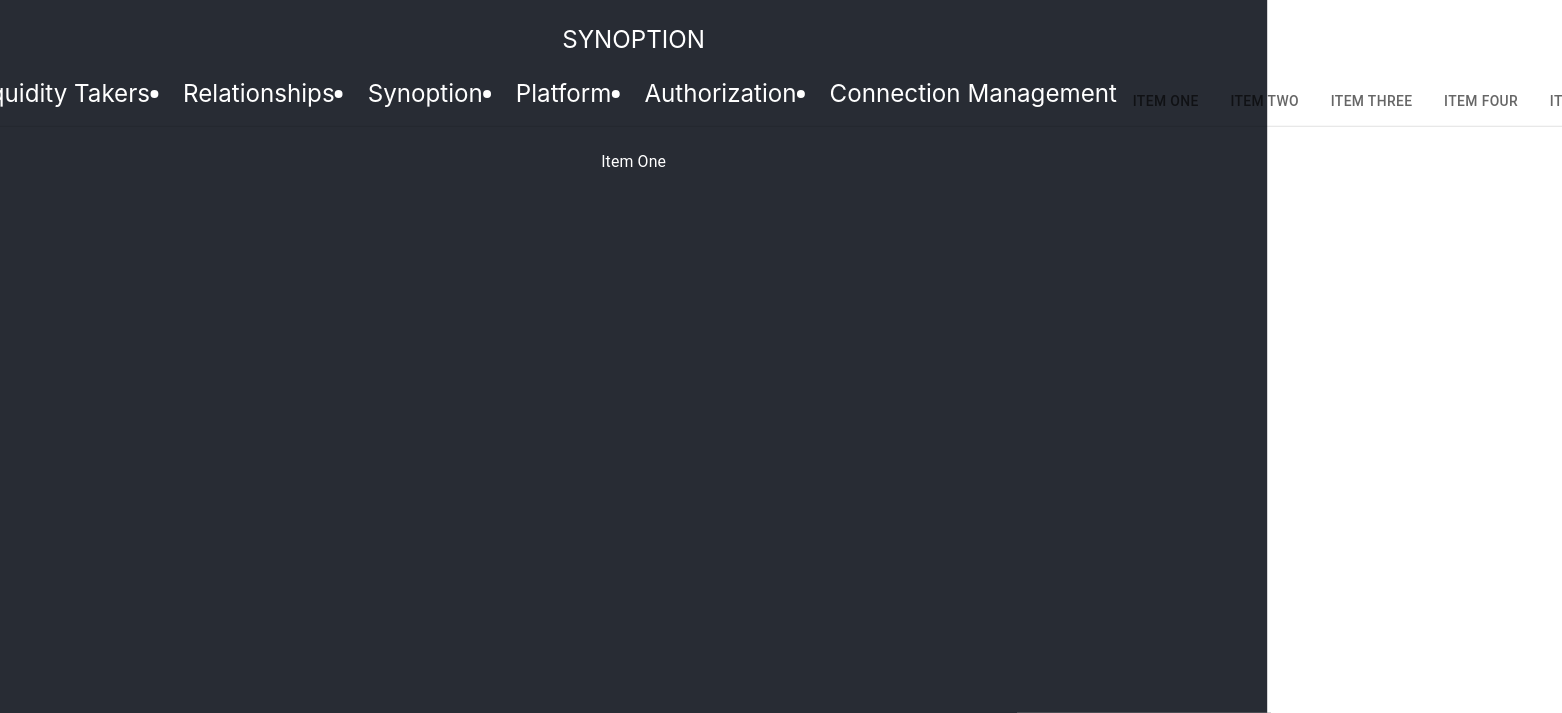
Repository: Kanika-tech/project-demo
Page: /
These files come from the project's save history. The page is drawn as it stood at one moment and after the next save; the edit follows.
The browser window is 1280 px wide. The page is 1578 px wide, then 1286 px, so the pictures cover 1578 px, including what lies to the right of the window. The pictures show the whole page, at 99% of full size.
The project was rebuilt for these pictures with package versions that can differ from the ones it lists, and the page was loaded fresh each time.

Above is the page before, as saved 2021-12-11 21:39:28.

After the next save:
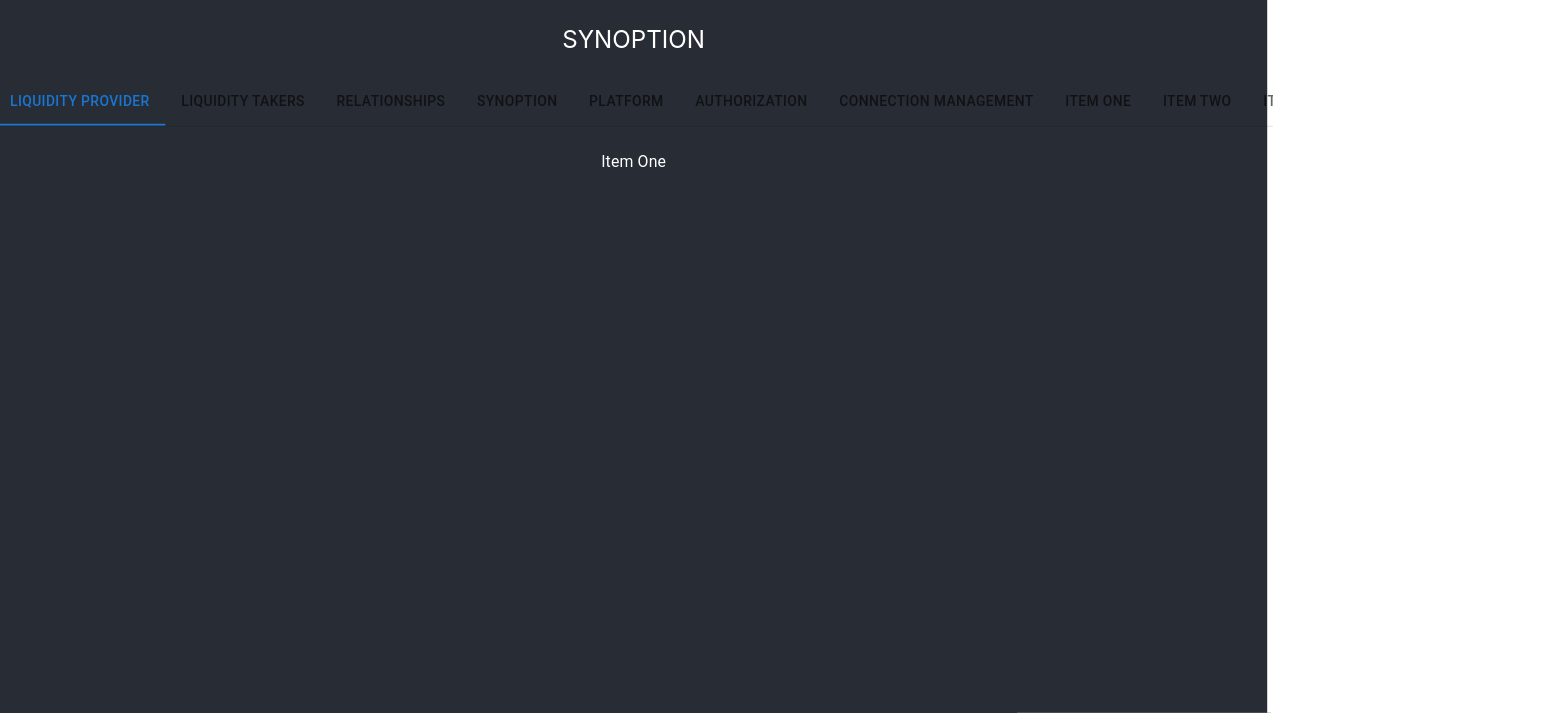
Saved 50 s later.
--- a/src/components/BasicTabs.jsx
+++ b/src/components/BasicTabs.jsx
@@ -58,11 +58,9 @@
     <Box sx={{ width: '100%' }}>
       <Box sx={{ borderBottom: 1, borderColor: 'divider' }}>
         <Tabs value={value} onChange={handleChange} aria-label="basic tabs example">
-           {TOP_LEVEL.map((tab) =>
-        <li key={tab.title}>
-            {tab.title}
-        </li>
-        )}
+           {TOP_LEVEL.map((tab, index) =>
+             <Tab label={tab.title} {...a11yProps(index)} />
+            )}
           <Tab label="Item One" {...a11yProps(0)} />
           <Tab label="Item Two" {...a11yProps(1)} />
           <Tab label="Item Three" {...a11yProps(2)} />
